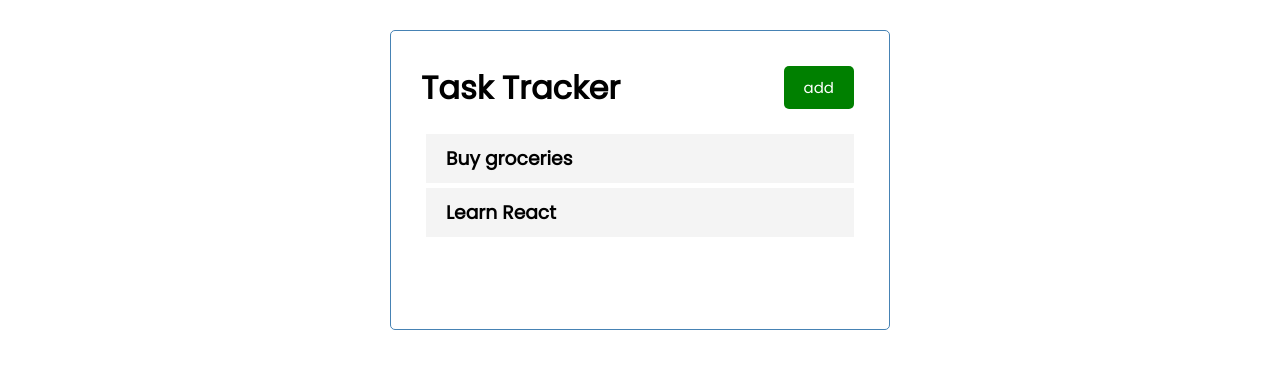
Repository: Samkiroko/task-tracker-app
Page: /
An editor plug-in stored every save of this project. The page is shown before and after the next save, followed by the edit.
The browser window is 1280 px wide. The pictures show the whole page.
The project was rebuilt for these pictures with package versions that can differ from the ones it lists, and the page was loaded fresh each time.

Above is the page before, as saved 2021-08-02 17:01:33.

### public/index.html
<!DOCTYPE html>
<html lang="en">

<head>
    <meta charset="utf-8" />
    <link rel="icon" href="%PUBLIC_URL%/favicon.ico" />
    <meta name="viewport" content="width=device-width, initial-scale=1" />
    <meta name="theme-color" content="#000000" />
    <meta name="description" content="Web site created using create-react-app" />
    <link rel="apple-touch-icon" href="%PUBLIC_URL%/logo192.png" />

    <link rel="manifest" href="%PUBLIC_URL%/manifest.json" />

    <title>Task tracker App</title>
</head>

<body>
    <div id="root"></div>
</body>

</html>

### src/index.css
@import url('https://fonts.googleapis.com/css2?family=Poppins:wght@300;400&display=swap');
* {
    box-sizing: border-box;
    margin: 0;
    padding: 0;
}

body {
    font-family: 'Poppins', sans-serif;
}

.container {
    max-width: 500px;
    margin: 30px auto;
    overflow: auto;
    min-height: 300px;
    border: 1px solid steelblue;
    padding: 30px;
    border-radius: 5px;
}

.header {
    display: flex;
    justify-content: space-between;
    align-items: center;
    margin-bottom: 20px;
}

.btn {
    display: inline-block;
    background: #000;
    color: #fff;
    border: none;
    padding: 10px 20px;
    margin: 5px;
    border-radius: 5px;
    cursor: pointer;
    text-decoration: none;
    font-size: 15px;
    font-family: inherit;
}

.btn:focus {
    outline: none;
}

.btn:active {
    transform: scale(0.98);
}

.btn-block {
    display: block;
    width: 100%;
}

.task {
    background: #f4f4f4;
    margin: 5px;
    padding: 10px 20px;
    cursor: pointer;
}

.task.reminder {
    border-left: 5px solid green;
}

.task h3 {
    display: flex;
    align-items: center;
    justify-content: space-between;
}

.add-form {
    margin-bottom: 40px;
}

.form-control {
    margin: 20px 0;
}

.form-control label {
    display: block;
}

.form-control input {
    width: 100%;
    height: 40px;
    margin: 5px;
    padding: 3px 7px;
    font-size: 17px;
}

.form-control-check {
    display: flex;
    align-items: center;
    justify-content: space-between;
}

.form-control-check label {
    flex: 1;
}

.form-control-check input {
    flex: 2;
    height: 20px;
}

footer {
    margin-top: 30px;
    text-align: center;
}

### src/App.js
import { useState } from 'react';
import Header from './components/Header';
import Task from './components/Tasks';

function App() {
  const [tasks, setTasks] = useState([
    {
      id: 1,
      text: 'Buy groceries',
      day: 'Feb 5th at 2:30pm',
      reminder: true,
    },
    {
      id: 2,
      text: 'Learn React',
      day: 'Feb 6th at 1:30pm',
      completed: false,
    },
  ]);
  return (
    <div className="container">
      <Header title="Task Tracker" />
      <Task tasks={tasks} />
    </div>
  );
}

export default App;

### src/components/Header.js
import React from 'react';
import Button from './Button';

const Header = ({ title }) => {
  const onClick = () => {
    console.log('Header clicked');
  };

  return (
    <header className="header">
      <h1>{title}</h1>
      <Button color="green" text="add" onClick={onClick} />
    </header>
  );
};

export default Header;

### src/components/Tasks.js
import Task from './Task';

const Tasks = ({ tasks }) => {
  return (
    <>
      {tasks.map((task) => (
        <Task key={task.id} task={task} />
      ))}
    </>
  );
};

export default Tasks;

### src/components/Button.js
import PropTypes from 'prop-types';
import React from 'react';

const Button = ({ color, text, onClick }) => {
  return (
    <button
      onClick={onClick}
      style={{ backgroundColor: color }}
      className="btn">
      {text}
    </button>
  );
};

Button.defaultProps = {
  color: 'steelblue',
};

Button.propTypes = {
  color: PropTypes.string,
  text: PropTypes.string,
  onClick: PropTypes.func,
};

export default Button;

### src/components/Task.js
import React from 'react';

const Task = ({ task }) => {
  return (
    <div className="task">
      <h3>{task.text}</h3>
    </div>
  );
};

export default Task;

Loaded but not shown: src/index.js (common file)

After the next save:
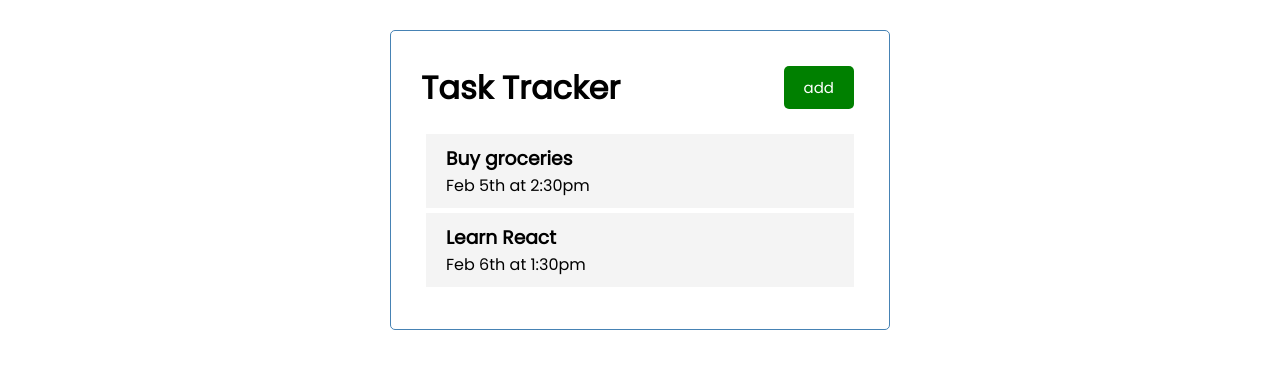
Saved 19 s later.
--- a/src/components/Task.js
+++ b/src/components/Task.js
@@ -4,6 +4,7 @@ const Task = ({ task }) => {
   return (
     <div className="task">
       <h3>{task.text}</h3>
+      <p>{task.day}</p>
     </div>
   );
 };
